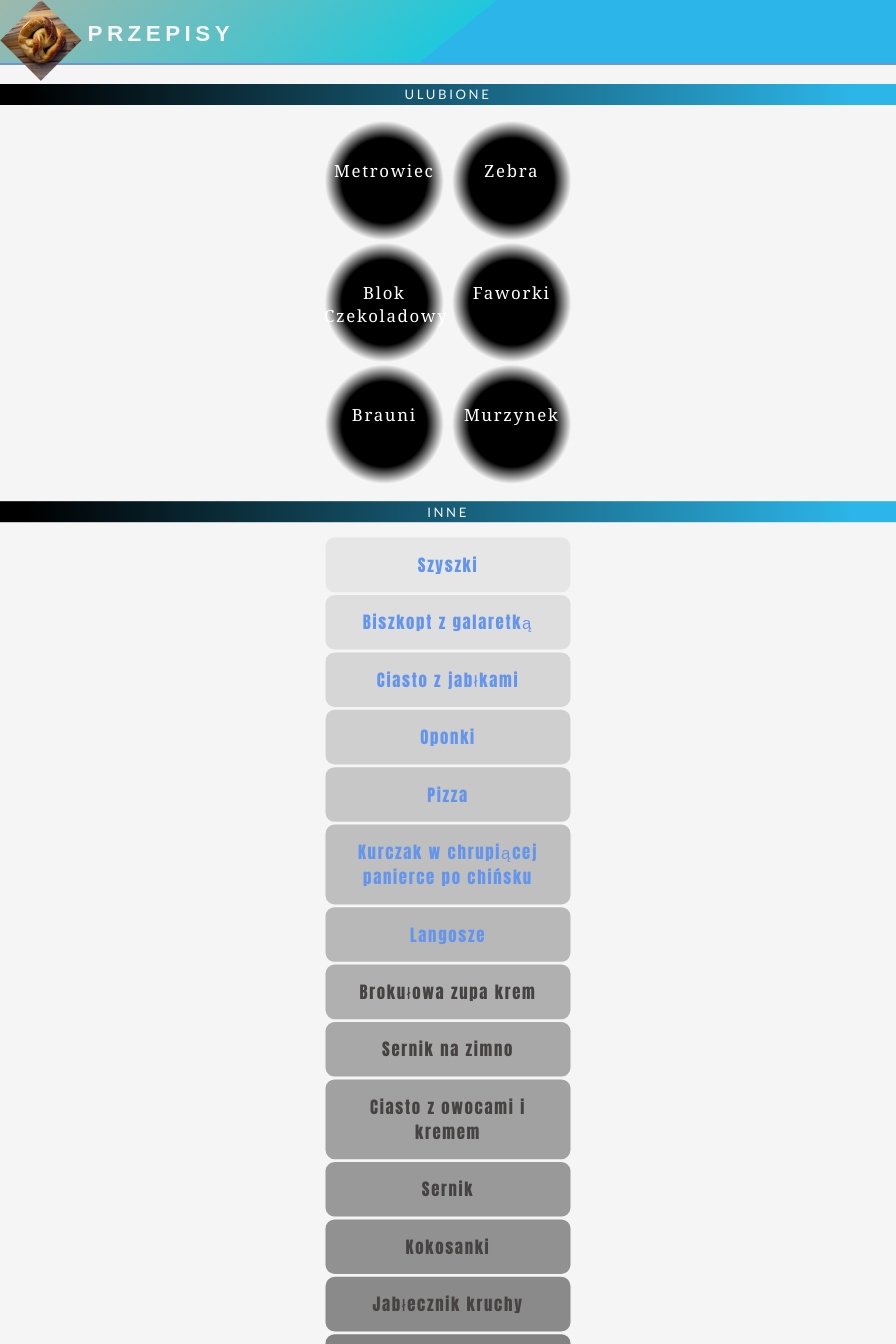
Repository: yaoayh/przepisy
Page: index.html
An editor plug-in stored every save of this project. The page is shown before and after the next save, followed by the edit.
The browser window is 1280 px wide. The pictures show the part of the page from y = 0 to 1920 px (the page is 3147 px tall), at 70% of full size.

Above is the page before, as saved 2020-08-14 17:31:45.

After the next save:
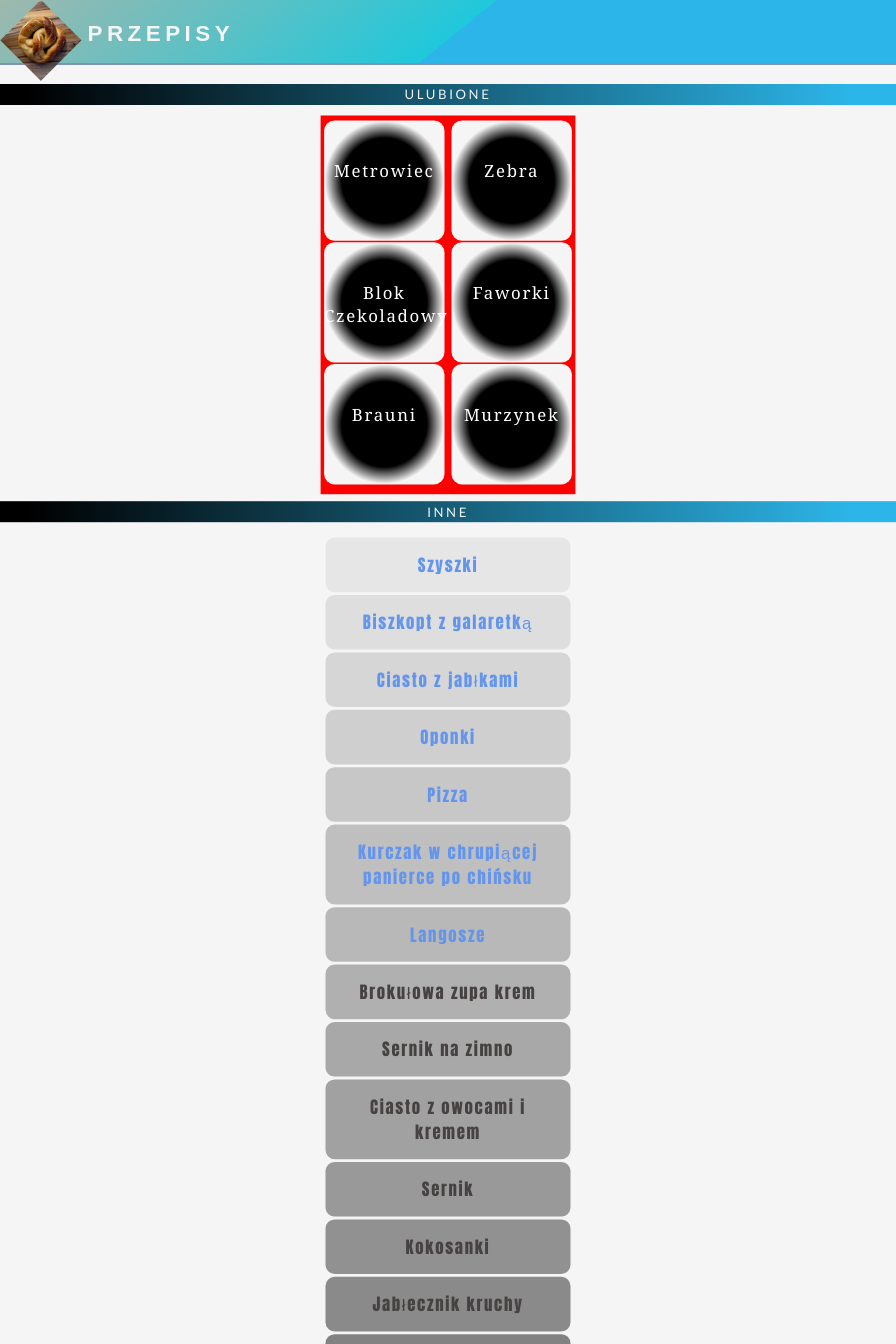
Saved 71 s later.
--- a/css/styles.css
+++ b/css/styles.css
@@ -80,7 +80,7 @@ form.head_Sqares {
     margin: auto;
     height: 531px; /*531px;*/
     width: 354px;/*354px;*/
-    background-color: whitesmoke;
+    background-color: red;
     padding: 5px;}
 
 .sqares_Left, .sqares_Right {
